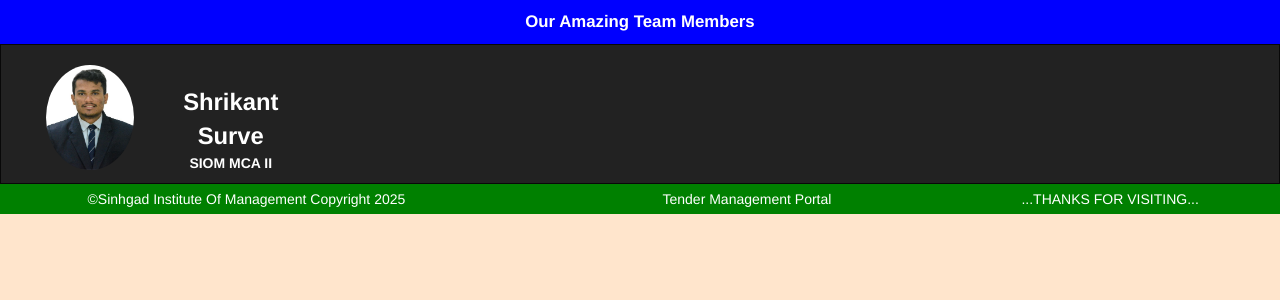
Repository: ShrikantSurve57/Tender-Allotment
Page: http://localhost/tendermanagement/footer.jsp
An editor plug-in stored every save of this project. The page is shown before and after the next save, followed by the edit.
The browser window is 1280 px wide. The pictures show the whole page.
Some web fonts or font styles are not loaded; a fallback is used. The page is served by Tomcat 9. Other server files are loaded and not shown.

Above is the page before, as saved 2026-01-20 09:44:29.

### tendermanagement/WebContent/footer.jsp
<%@ page language="java" contentType="text/html; charset=ISO-8859-1"
    pageEncoding="ISO-8859-1"%>
<!DOCTYPE html PUBLIC "-//W3C//DTD HTML 4.01 Transitional//EN" "http://www.w3.org/TR/html4/loose.dtd">
<html lang="en">
  <head>
    <link rel="shortcut icon" type="image/png" href="images/Banner_Hit.png">

    <meta charset="utf-8">
    <meta http-equiv="X-UA-Compatible" content="IE=edge">
    <meta name="viewport" content="width=device-width, initial-scale=1.0">
    <title>Tender Management System</title>
    <link rel="stylesheet" href="css/bootstrap.min.css">
    <link rel="stylesheet" href="css/annimate.css">
    <link href="css/font-awesome.min.css" type="text/css" rel="stylesheet">
    <link href="css/SpryTabbedPanels.css" type="text/css" rel="stylesheet">
    <!--link rel="stylesheet" href="css/styles.css"-->
    <link href="https://fonts.googleapis.com/css?family=Black+Ops+One" rel="stylesheet">
    <link href="css/bootstrap-dropdownhover.min.css">
    <link rel="stylesheet" href="css/style2.css">
  </head>
<body>
</div>
<!-- Now from here the footer section starts-->
<div class="navbar-inverse" style="color:white;padding:10px;margin-bottom:-20px;text-align: center;background-color:blue; border-radius: 0px">
                      <span style="font-size:1.2em;font-weight:bold;">Our Amazing Team Members</span>
</div><br/>
<div class="footer">
  <div class="navbar navbar-inverse" style="border-radius: 0px ;margin-bottom:0px">
          <div class="container-fluid ">

              <br>
              <!-- Developer 1 Mr. Shashi Raj-->
                <div class="col-md-3 col-xs-12 col-sm-3" >
                  <div class="col-md-5 col-xs-5 col-sm-5">
                    <img src="images/shrikantsurve.jpg" class="img-responsive img-circle pull-right" style="width:100px;height:105px;"alt="Shrikant Surve Developer" title="Shrikant Surve"/>
                  </div>
                  <div class="col-md-7 col-xs-7 col-sm-7">
                    <div class="developers pull-left" style="font-weight: bold; color:white;text-align: center;">
                    <br/>
                    <span style="font-size: 1.7em; color:rgb(255, 255, 255)">Shrikant Surve</span>
<!--                     <p><span>Web Developer</span></p>
 -->                    <p>SIOM MCA II</p>
                    </div>
                  </div>
                </div>







                <!-- Developer 5 Mr. Ayush Dutta-->


                 <br/>
                 <!-- <div style="color:white;text-align: center;">
                      <span>&copy; Copyright 2018</span><p> Aryabhatt Central Library</p>
                </div> -->
          </div> <!-- End of container class-->
    </div><!-- End of navbar class-->
  </div><!-- End of footer class-->
  <div class="navbar-inverse" style="color:white;padding:05px;margin-bottom:-17px;text-align: center;background-color:green; border-radius: 0px">
                      <span style="float:left;padding-left: 6.5%">&copy;Sinhgad Institute Of Management Copyright 2025</span><span style="padding-left:5%;">&nbsp; Tender Management Portal</span><span style="float:right;padding-right: 6%" class="hidden-xs">&nbsp;...THANKS FOR VISITING...</span>
</div><br/>
 <script src="js/jquery-2.1.4.min.js"></script>
  <script src="js/bootstrap.min.js"></script>
  <script src="js/ajax-utils.js"></script>
  <script src="js/script.js"></script>
  <script src="js/bootstrap-dropdownhover.min.js"></script>
</body>
</html>

### tendermanagement/WebContent/css/SpryTabbedPanels.css
@charset "UTF-8";

/* SpryTabbedPanels.css - version 0.6 - Spry Pre-Release 1.6.1 */

/* Copyright (c) 2006. Adobe Systems Incorporated. All rights reserved. */

/* Horizontal Tabbed Panels
 *
 * The default style for a TabbedPanels widget places all tab buttons
 * (left aligned) above the content panel.
 */

/* This is the selector for the main TabbedPanels container. For our
 * default style, this container does not contribute anything visually,
 * but it is floated left to make sure that any floating or clearing done
 * with any of its child elements are contained completely within the
 * TabbedPanels container, to minimize any impact or undesireable
 * interaction with other floated elements on the page that may be used
 * for layout.
 *
 * If you want to constrain the width of the TabbedPanels widget, set a
 * width on the TabbedPanels container. By default, the TabbedPanels widget
 * expands horizontally to fill up available space.
 *
 * The name of the class ("TabbedPanels") used in this selector is not
 * necessary to make the widget function. You can use any class name you
 * want to style the TabbedPanels container.
 */
.TabbedPanels {
	overflow: hidden;
	margin: 0px;
	padding: 0px;
	clear: none;
	width: 100%;
	box-shadow:1px 1px 10px #ccc;/* IE Hack to force proper layout when preceded by a paragraph. (hasLayout Bug)*/
}

/* This is the selector for the TabGroup. The TabGroup container houses
 * all of the tab buttons for each tabbed panel in the widget. This container
 * does not contribute anything visually to the look of the widget for our
 * default style.
 *
 * The name of the class ("TabbedPanelsTabGroup") used in this selector is not
 * necessary to make the widget function. You can use any class name you
 * want to style the TabGroup container.
 */
.TabbedPanelsTabGroup {
	margin: 0px;
	padding: 0px;
}

/* This is the selector for the TabbedPanelsTab. This container houses
 * the title for the panel. This is also the tab "button" that the user clicks
 * on to activate the corresponding content panel so that it appears on top
 * of the other tabbed panels contained in the widget.
 *
 * For our default style, each tab is positioned relatively 1 pixel down from
 * where it wold normally render. This allows each tab to overlap the content
 * panel that renders below it. Each tab is rendered with a 1 pixel bottom
 * border that has a color that matches the top border of the current content
 * panel. This gives the appearance that the tab is being drawn behind the
 * content panel.
 *
 * The name of the class ("TabbedPanelsTab") used in this selector is not
 * necessary to make the widget function. You can use any class name you want
 * to style this tab container.
 */
.TabbedPanelsTab {
	position: relative;
	border-radius:5px;
	top: 1px;
	float: left;
	padding: 10px 46.9px;
	margin: 0px 1px 0px 0px;
	font: bold 0.7em sans-serif;
	background-color: #DDD;
	list-style: none;
	/*border-left: solid 1px #880E4F;
	border-bottom: solid 1px #880E4F;
	border-top: solid 1px #880E4F;
	border-right: solid 1px #880E4F;*/
	-moz-user-select: none;
	-khtml-user-select: none;
	cursor: pointer;
}

/* This selector is an example of how to change the appearnce of a tab button
 * container as the mouse enters it. The class "TabbedPanelsTabHover" is
 * programatically added and removed from the tab element as the mouse enters
 * and exits the container.
 */
.TabbedPanelsTabHover {
	background-color: #CCC;
}

/* This selector is an example of how to change the appearance of a tab button
 * container after the user has clicked on it to activate a content panel.
 * The class "TabbedPanelsTabSelected" is programatically added and removed
 * from the tab element as the user clicks on the tab button containers in
 * the widget.
 *
 * As mentioned above, for our default style, tab buttons are positioned
 * 1 pixel down from where it would normally render. When the tab button is
 * selected, we change its bottom border to match the background color of the
 * content panel so that it looks like the tab is part of the content panel.
 */
.TabbedPanelsTabSelected {
	background-color: #EEE;
	border-bottom: 1px solid #EEE;
}

/* This selector is an example of how to make a link inside of a tab button
 * look like normal text. Users may want to use links inside of a tab button
 * so that when it gets focus, the text *inside* the tab button gets a focus
 * ring around it, instead of the focus ring around the entire tab.
 */
.TabbedPanelsTab a {
	color: black;
	text-decoration: none;
}

/* This is the selector for the ContentGroup. The ContentGroup container houses
 * all of the content panels for each tabbed panel in the widget. For our
 * default style, this container provides the background color and borders that
 * surround the content.
 *
 * The name of the class ("TabbedPanelsContentGroup") used in this selector is
 * not necessary to make the widget function. You can use any class name you
 * want to style the ContentGroup container.
 */
.TabbedPanelsContentGroup {
	clear: both;
	background-color: #fcfafa;
}

/* This is the selector for the Content panel. The Content panel holds the
 * content for a single tabbed panel. For our default style, this container
 * provides some padding, so that the content is not pushed up against the
 * widget borders.
 *
 * The name of the class ("TabbedPanelsContent") used in this selector is
 * not necessary to make the widget function. You can use any class name you
 * want to style the Content container.
 */
.TabbedPanelsContent {
	overflow: hidden;
	padding: 4px;
}

/* This selector is an example of how to change the appearnce of the currently
 * active container panel. The class "TabbedPanelsContentVisible" is
 * programatically added and removed from the content element as the panel
 * is activated/deactivated.
 */
.TabbedPanelsContentVisible {
	   /* border-left: 1px solid #531235;
    border-bottom: 1px solid #531235;
    border-right: 1px solid #531235;
	background:#f8f8f8;
	padding:20px 0;*/
}

/* Vertical Tabbed Panels
 *
 * The following rules override some of the default rules above so that the
 * TabbedPanels widget renders with its tab buttons along the left side of
 * the currently active content panel.
 *
 * With the rules defined below, the only change that will have to be made
 * to switch a horizontal tabbed panels widget to a vertical tabbed panels
 * widget, is to use the "VTabbedPanels" class on the top-level widget
 * container element, instead of "TabbedPanels".
 */

.VTabbedPanels {
	overflow: hidden;
	zoom: 1;
}

/* This selector floats the TabGroup so that the tab buttons it contains
 * render to the left of the active content panel. A border is drawn around
 * the group container to make it look like a list container.
 */
.VTabbedPanels .TabbedPanelsTabGroup {
	float: left;
	width: 10em;
	height: 20em;
	background-color: #EEE;
	position: relative;

}

/* This selector disables the float property that is placed on each tab button
 * by the default TabbedPanelsTab selector rule above. It also draws a bottom
 * border for the tab. The tab button will get its left and right border from
 * the TabGroup, and its top border from the TabGroup or tab button above it.
 */
.VTabbedPanels .TabbedPanelsTab {
	float: none;
	margin: 0px;

}

/* This selector disables the float property that is placed on each tab button
 * by the default TabbedPanelsTab selector rule above. It also draws a bottom
 * border for the tab. The tab button will get its left and right border from
 * the TabGroup, and its top border from the TabGroup or tab button above it.
 */
.VTabbedPanels .TabbedPanelsTabSelected {
	background-color: #EEE;
}

/* This selector floats the content panels for the widget so that they
 * render to the right of the tabbed buttons.
 */
.VTabbedPanels .TabbedPanelsContentGroup {
	clear: none;
	float: left;
	padding: 0px;
	width: 30em;
	height: 20em;
}

/*-------------------------------media query---------------------*/
@media screen and (max-width: 1920px) {
   .TabbedPanelsTab{
	   padding: 10px 97.1px;
  }
}

@media screen and (max-width: 1600px) {
   .TabbedPanelsTab{
	   padding: 10px 68px;
  }
}
@media screen and (max-width: 1440px) {
   .TabbedPanelsTab{
	   padding: 10px 52.3px;
  }
}

@media screen and (max-width: 1366px) {
   .TabbedPanelsTab{
	   padding: 10px 47px;
  }
}

@media screen and (max-width: 1280px) {
   .TabbedPanelsTab{
	   padding: 10px 21.99px;
  }
}
@media screen and (max-width: 1024px){
.TabbedPanelsTab {
    padding: 10px 18.99px;
}
}


/* Styles for Printing */
@media print {
.TabbedPanels {
	overflow: visible !important;
}
.TabbedPanelsContentGroup {
	display: block !important;
	overflow: visible !important;
	height: auto !important;
}
.TabbedPanelsContent {
	overflow: visible !important;
	display: block !important;
	clear:both !important;
}
.TabbedPanelsTab {
	 overflow: visible !important;
	 display: block !important;
	 clear:both !important;
}
}

### tendermanagement/WebContent/css/style2.css
body {
	background-color: #FFE5CC;
}

.my-container {
	background-color: #FFE5CC;
}

.footer {
	/* 	position: fixed;
 */
	margin-bottom: 0px;
}

.navbar-header img {
	margin-top: 10px;
	margin-bottom: 10px;
	margin-right: 10px;
}

.navbar-brand h1 {
	font-size: 2em;
	margin-top: 2px;
	color: #ffffff;
	font-family: 'Black Ops One';
}

.secondnav {
	margin-top: -19.1px;
}

.secondcont {
	margin-left: 13%;
	font-size: 18px;
}

.menusize {
	font-size: 20px;
	margin-top: 20px;
}

#nav-list {
	margin-top: 0px;
	font-weight: bold;
	color: green;
	font-size: 15px;
	margin-left: 0;
}

#nav-list a {
	color: #951C49;
}

.dropdown-menu li a {
	font-weight: bold;
	font-size: 14px;
	color: blue;
}

#nav-list a:hover {
	background-color: red;
	color: white;
	font-weight: bold;
	padding: auto;
	border-radius: 8px;
	margin-top: 0px;
	margin-bottom: 0px;
}

#nav-list a:active {
	background-color: green;
	color: white;
	font-weight: bold;
	padding: auto;
	border-radius: 8px;
	margin-top: 0px;
	margin-bottom: 0px;
}

#na
#nav-list a span {
	font-size: 1.0em;
}

.back {
	margin-top: -20px;
	max-height: 580px;
	width: 1600px;
}
/** Extra smalll devices (portrait phones, less than 576px)**/
@media ( max-width : 575.99px) {
	.navbar-brand h1 {
		font-size: 0.9em;
		margin-top: -5px;
		margin-bottom: -15px;
		color: #ffffff;
	}
	.navbar-header img {
		margin-top: 10px;
		margin-right: 1px;
		margin-left: 2px;
		width: 35px;
		height: 35px;
	}
	.navbar-brand {
		margin-bottom: -23px;
	}
	.navbar-header p {
		margin-top: 5px;
		margin-left: 16%;
		font-size: 1.0em;
		margin-bottom: -10px;
		color: #ccccff;
	}
	.menusize {
		font-size: 14px;
		clear: right;
		margin-top: -20px;
		float: right;
		margin-bottom: 0px;
	}
	.menubar {
		margin-bottom: 13px;
	}
}

/** Small devices (landscape phones, 576px and up)  **/
@media ( min-width : 576px) and (max-width: 767.99px) {
	.navbar-brand h1 {
		font-size: 20px;
		margin-top: 2px;
		color: #ffffff;
		font-family: 'Black Ops One';
	}
	.navbar-header img {
		margin-top: 10px;
		margin-bottom: 10px;
		margin-right: 2px;
		margin-left: 4px;
		width: 60px;
		height: 60px;
	}
	.navbar-header p {
		margin-top: 5px;
		margin-left: 85px;
		font-size: 1.0em;
		color: #ccccff;
	}
	.menusize {
		margin-top: -37px;
	}
	.menubar {
		margin-bottom: 13px;
	}
}

/** Medium devices (tablets, 768px and up) **/
@media ( min-width : 768px) and (max-width: 991.99px) {
	.navbar-brand h1 {
		font-size: 30px;
		margin-top: 2px;
		color: #ffffff;
		font-family: 'Black Ops One';
	}
	.navbar-header img {
		margin-top: 10px;
		margin-bottom: 10px;
		margin-right: 10px;
		width: 70px;
		height: 70px;
	}
	.navbar-header p {
		margin-top: 5px;
		margin-left: 85px;
		font-size: 1.2em;
		color: #ccccff;
	}
	.menusize {
		margin-top: -40px;
	}
	.menubar {
		min-height: 12px;
	}
}

/** Large devices (desktops, 992px and up) **/
@media ( min-width : 992px) and (max-width: 1199.99px) {
	.navbar-brand h1 {
		font-size: 2em;
		margin-top: 2px;
		color: #ffffff;
		font-family: 'Black Ops One';
	}
	.navbar-header p {
		margin-top: 5px;
		margin-left: 85px;
		font-size: 1.5em;
		color: #ccccff;
	}
	.navbar-header img {
		margin-top: 10px;
		margin-bottom: 10px;
		margin-right: 10px;
		width: 80px;
		height: 80px;
	}
	.menubar {
		min-height: 80px;
	}
}

/** Extra large devices (large desktops, 1200px and up) **/
@media ( min-width : 1200px) {
	.navbar-brand h1 {
		font-size: 2em;
		margin-top: 4px;
		color: #ffffff;
		font-family: 'Black Ops One';
	}
	.navbar-header p {
		margin-top: 5px;
		margin-left: 95px;
		font-size: 1.5em;
		color: #ccccff;
	}
	.navbar-header img {
		margin-top: 10px;
		margin-bottom: 10px;
		margin-right: 10px;
		width: 85px;
		height: 85px;
	}
	.menubar {
		min-height: 72px;
	}
}

Loaded but not shown: tendermanagement/WebContent/css/bootstrap.min.css (library); tendermanagement/WebContent/css/font-awesome.min.css (library); tendermanagement/WebContent/js/jquery-2.1.4.min.js (library); tendermanagement/WebContent/js/bootstrap.min.js (library); tendermanagement/WebContent/js/bootstrap-dropdownhover.min.js (library); tendermanagement/WebContent/js/ajax-utils.js (66 lines, source omitted); tendermanagement/WebContent/css/annimate.css (3623 lines, source omitted); tendermanagement/tendermanagement/js/script.js (no stored copy; drawn as an empty file)

After the next save:
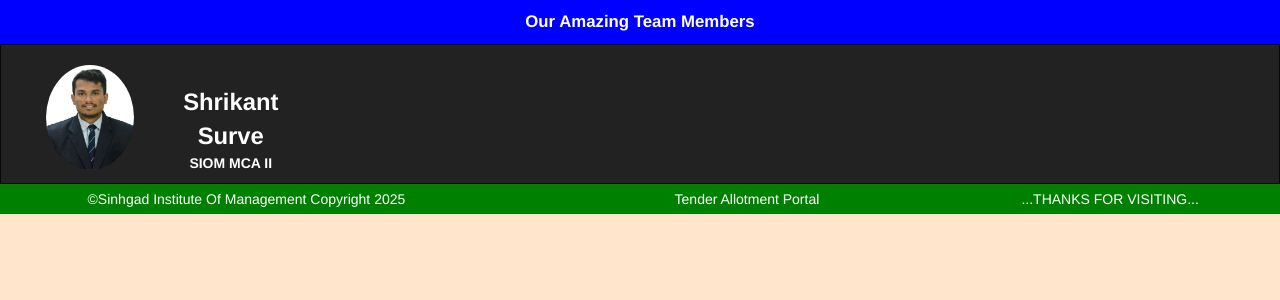
Saved 23 h 59 min later.
--- a/tendermanagement/WebContent/footer.jsp
+++ b/tendermanagement/WebContent/footer.jsp
@@ -61,7 +61,7 @@
     </div><!-- End of navbar class-->
   </div><!-- End of footer class-->
   <div class="navbar-inverse" style="color:white;padding:05px;margin-bottom:-17px;text-align: center;background-color:green; border-radius: 0px">
-                      <span style="float:left;padding-left: 6.5%">&copy;Sinhgad Institute Of Management Copyright 2025</span><span style="padding-left:5%;">&nbsp; Tender Management Portal</span><span style="float:right;padding-right: 6%" class="hidden-xs">&nbsp;...THANKS FOR VISITING...</span>
+                      <span style="float:left;padding-left: 6.5%">&copy;Sinhgad Institute Of Management Copyright 2025</span><span style="padding-left:5%;">&nbsp; Tender Allotment Portal</span><span style="float:right;padding-right: 6%" class="hidden-xs">&nbsp;...THANKS FOR VISITING...</span>
 </div><br/>
  <script src="js/jquery-2.1.4.min.js"></script>
   <script src="js/bootstrap.min.js"></script>
